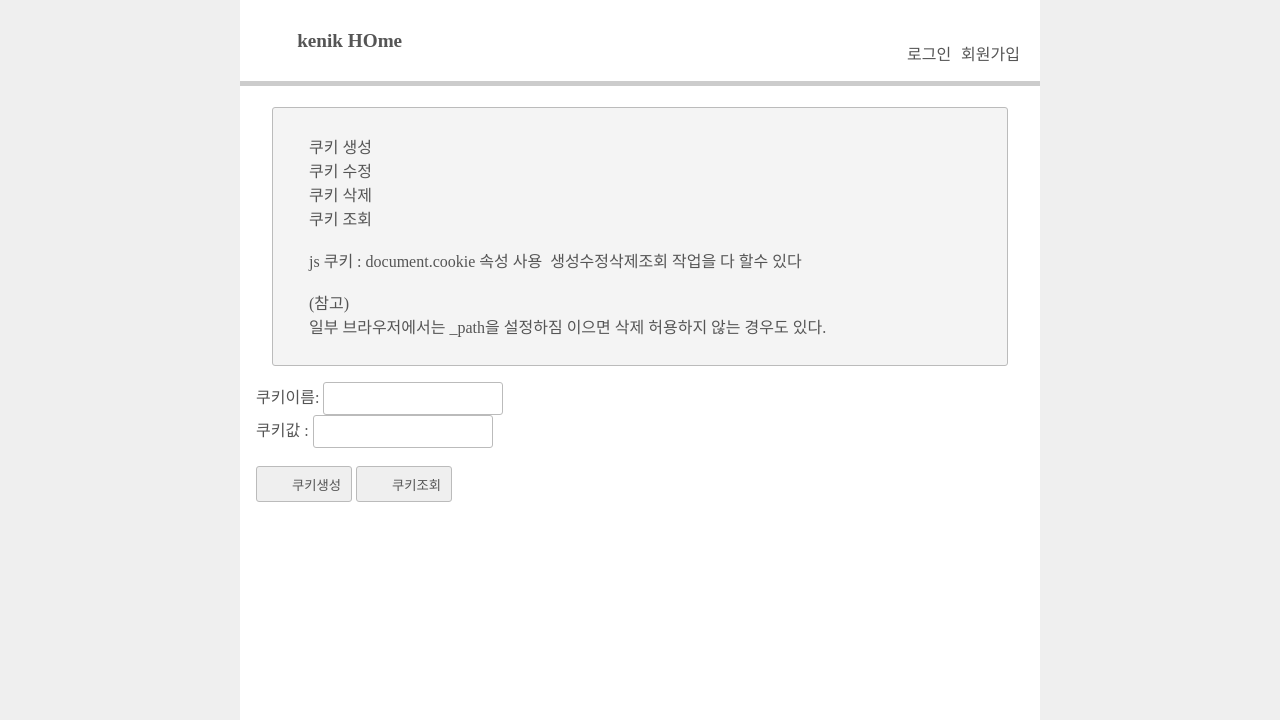
Repository: Deneb0000/WebClass
Page: webPro/src/main/webapp/javascript/days10/ex02.html
An editor plug-in stored every save of this project. The page is shown before and after the next save, followed by the edit.
The browser window is 1280 px wide. The pictures show the whole page.
Some web fonts or font styles are not loaded; a fallback is used.

Above is the page before, as saved 2024-10-14 00:53:43.

After the next save:
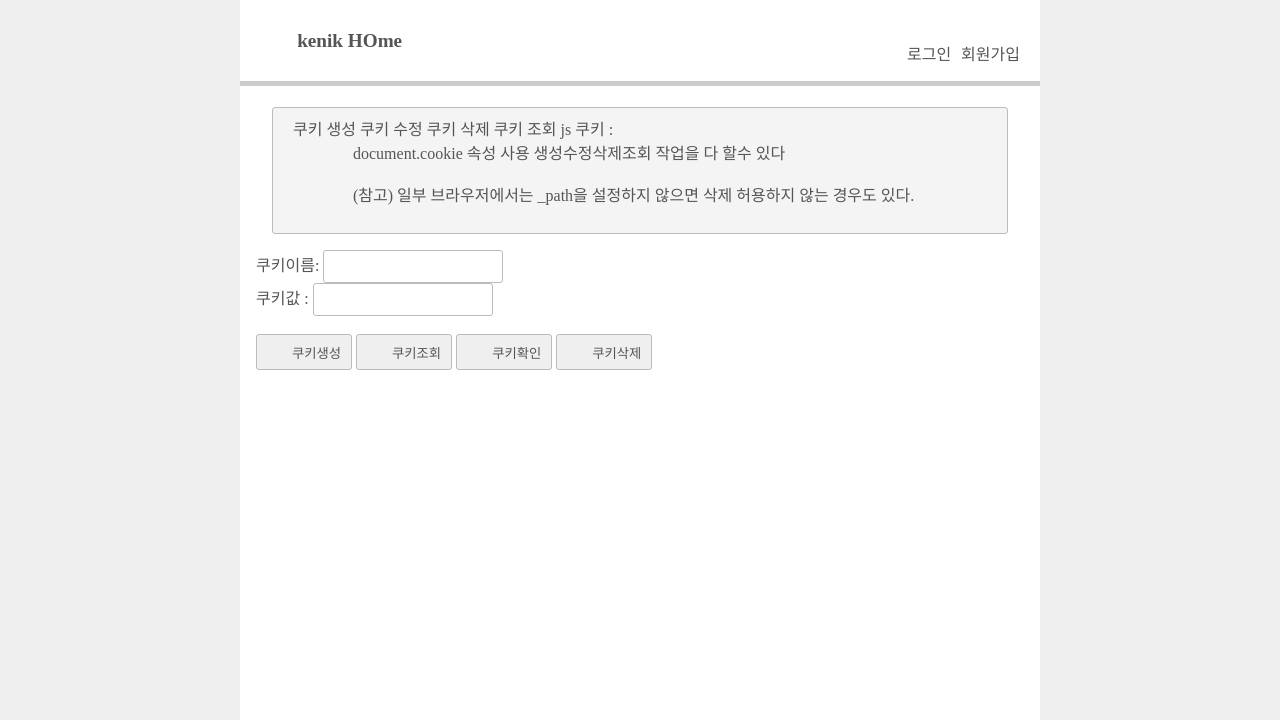
Saved 9 min 55 s later.
--- a/webPro/src/main/webapp/javascript/days10/ex02.html
+++ b/webPro/src/main/webapp/javascript/days10/ex02.html
@@ -3,77 +3,119 @@
 <head>
 <meta charset="UTF-8">
 <title>Insert title here</title>
-<link rel="shortcut icon" type="image/x-icon" href="http://localhost/webPro/images/SiSt.ico">
-<script src="https://ajax.googleapis.com/ajax/libs/jquery/3.7.1/jquery.min.js"></script>
+<link rel="shortcut icon" type="image/x-icon"
+	href="http://localhost/webPro/images/SiSt.ico">
+<script
+	src="https://ajax.googleapis.com/ajax/libs/jquery/3.7.1/jquery.min.js"></script>
 <meta name="viewport" content="width=device-width, initial-scale=1.0">
-<link rel="stylesheet" href="http://localhost/webPro/resources/cdn-main/example.css">
+<link rel="stylesheet"
+	href="http://localhost/webPro/resources/cdn-main/example.css">
 <script src="http://localhost/webPro/resources/cdn-main/example.js"></script>
 <style>
- span.material-symbols-outlined{
-    vertical-align: text-bottom;
- }
+span.material-symbols-outlined {
+	vertical-align: text-bottom;
+}
 </style>
 </head>
 <body>
-<header>
-  <h1 class="main"><a href="#" style="position: absolute;top:30px;">kenik HOme</a></h1>
-  <ul>
-    <li><a href="#">로그인</a></li>
-    <li><a href="#">회원가입</a></li>
-  </ul>
-</header>
-<div>
-  <xmp class="code">
-     쿠키 생성
-     쿠키 수정
-     쿠키 삭제
-     쿠키 조회
+	<header>
+		<h1 class="main">
+			<a href="#" style="position: absolute; top: 30px;">kenik HOme</a>
+		</h1>
+		<ul>
+			<li><a href="#">로그인</a></li>
+			<li><a href="#">회원가입</a></li>
+		</ul>
+	</header>
+	<div>
+		<xmp class="code"> 쿠키 생성 쿠키 수정 쿠키 삭제 쿠키 조회 js 쿠키 :
+		document.cookie 속성 사용 생성수정삭제조회 작업을 다 할수 있다
 
-     js 쿠키 : document.cookie 속성 사용  생성수정삭제조회 작업을 다 할수 있다
+		(참고) 일부 브라우저에서는 _path을 설정하지 않으면 삭제 허용하지 않는 경우도 있다.
+    </xmp>
+		쿠키이름: <input type="text" id="cookieName" autofocus="autofocus"><br>
+		쿠키값 : <input type="text" id="cookieValue"><br> <br>
+		<button onclick="setCookie()">쿠키생성</button>
+		<button onclick="getAllCookies()">쿠키조회</button>
+    <button onclick="getCookie()">쿠키확인</button>
+    <button onclick="delCookie()">쿠키삭제</button>
+		<br>
+		<p id="demo"></p>
 
-     (참고)
-     일부 브라우저에서는 _path을 설정하짐 이으면 삭제 허용하지 않는 경우도 있다.
-  </xmp>
-  쿠키이름: <input type="text" id="cookieName" autofocus="autofocus"><br>
-  쿠키값 : <input type="text" id="cookieValue"><br>
-  <br>
-  <button onclick="setCookie()">쿠키생성 </button>
-  <button onclick="getAllCookies()">쿠키조회 </button>
-  <br>
-  <p id="demo"></p>
+		<script>
+      //쿠키를 삭제하는 버튼
+      function delCookie(){
+        //만료시점을 설정하지 않으면 세션이 끊어질 때, 자동으로 쿠키는 브라우저를 닫을때 삭제된다
+        // 만료시점이 지난 경우에는 쿠키는 삭제
+        // 만료시점 + 10 => 만료시점을 과거로 설정해서 다시 쿠키를 생성하면 쿠키는 삭제가 된다.
+        let cname = $("cookieName").val();
 
-  <script>
-        //모든 쿠키값을 가져오는 함수
-        function getAllCookies(){
-      let cookies = document.cookie;
-      $("#demo").html(cookies);
-    }
+        let now = new Date();
+				now.setDate(now.getDate() - 10);  // 일수 상관없이 과거면 된다
+				let expires = now.toUTCString();
 
-    function setCookie(){
-      let cname = $("#cookieName").val();
-      let cvalue = $("#cookieValue").val();
+        // 쿠키를 저장하는 코딩
+				document.cookie = `${cname}=; ${escape(cvalue)}; expires=${expires}; path=/`;
+
+        			//입력받은 값 초기화
+			$("#cookieName").val("");
+			$("#cookieValue").val("");
+      }
+
+      //쿠키확인버튼
+      function getCookie() {
+				let cookies = document.cookie;
+				let cname = $("#cookieName").val();
+        let cvalue;
+
+        let pattern = /;\s/
+        let cookieArr = cookies.split(pattern);
+        cookieArr.forEach(function(elemt, index, array)
+      {
+        let cnvArr = elemt.split("=");
+        if(cnvArr[0] == name ){
+          cvalue = unescape( cnvArr[1] ) ;
+          };
+      });
+
+      if(cvalue){
+        $("cookieValue").val(cvalue);
+
+      }else{
+        alert("존재하지 않는 쿠키 이름")
+      }
+
+			}
 
 
-      //js escape()/unescape()
-      //홍길동 -> %uD64D %uAE38 %uB3D9  - 쿠키값에 한글이 있는 경우에는 %uXXXXX 변환해서 쿠키저장
-      // $("#demo").html(escape(cvalue));
+//모든 쿠키값을 가져오는 함수
+			function getAllCookies() {
+				let cookies = document.cookie;
+				$("#demo").html(cookies);
+			}
 
-      //만기날짜
-      let now = new Date();
-      now.setDate(now.getDate()+10);
-      let expires = now.toUTCString();
+			function setCookie() {
+				let cname = $("#cookieName").val();
+				let cvalue = $("#cookieValue").val();
 
-      // 쿠키를 저장하는 코딩
-      document.cookie = `${cname}=${escape(cvalue)}; expires=${expires}; path=/`;
-    }
+				//js escape()/unescape()
+				//홍길동 -> %uD64D %uAE38 %uB3D9  - 쿠키값에 한글이 있는 경우에는 %uXXXXX 변환해서 쿠키저장
+				// $("#demo").html(escape(cvalue));
 
-    //입력받은 값 초기화
-    $("#cookieName").val("");
-    $("#cookieValue").val("");
+				//만기날짜
+				let now = new Date();
+				now.setDate(now.getDate() + 10);
+				let expires = now.toUTCString();
 
+				// 쿠키를 저장하는 코딩
+				document.cookie = `${cname}=${escape(cvalue)}; expires=${expires}; path=/`;
+			}
 
-  </script>
+			//입력받은 값 초기화
+			$("#cookieName").val("");
+			$("#cookieValue").val("");
+		</script>
 
-</div>
+	</div>
 </body>
 </html>
